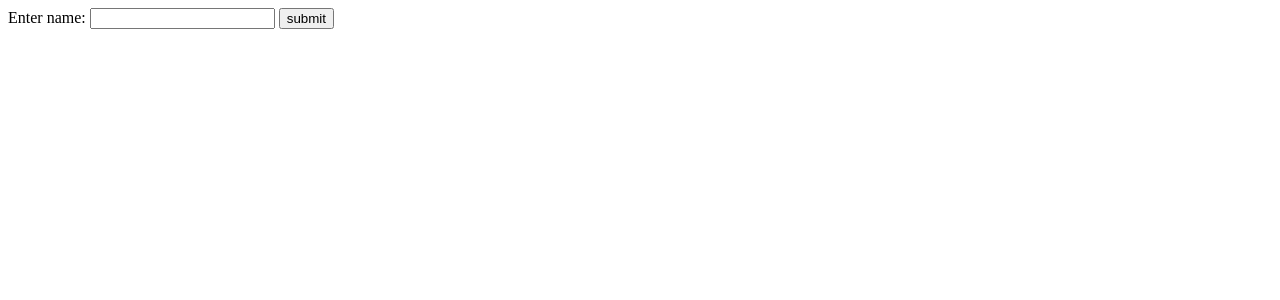
Repository: SanketSShedge/weje2
Page: servlet/src/main/webapp/studentreg.html
The author's editor kept a copy of each file at every save. The page is drawn from the files as they stood at one save, then again after a run of saves.
The browser window is 1280 px wide. The pictures show the whole page.

Above is the page before, as saved 2022-12-11 07:19:15.

After the next 2 saves:
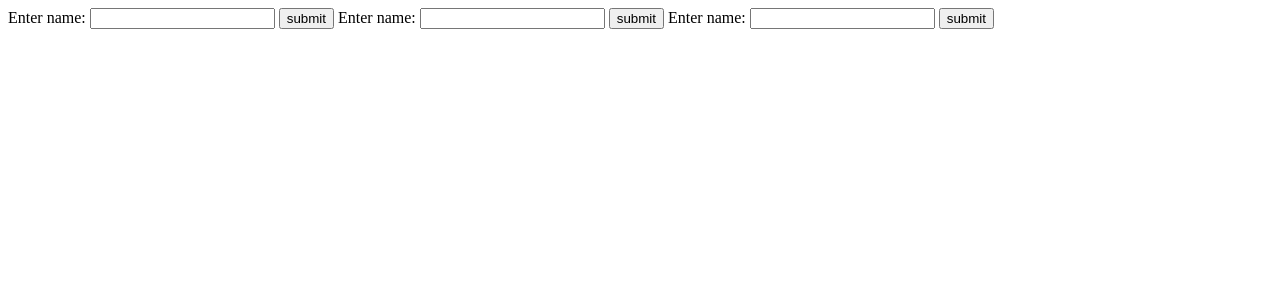
The 2 saves are shown as one change because they came seconds apart.
The last was saved 12 s later.
--- a/servlet/src/main/webapp/studentreg.html
+++ b/servlet/src/main/webapp/studentreg.html
@@ -9,6 +9,14 @@
 	<label>Enter name:</label>
 	<input type="text" name="name">
 	<input type="submit" value="submit">
+
+		<label>Enter name:</label>
+	<input type="text" name="name">
+	<input type="submit" value="submit">
+
+		<label>Enter name:</label>
+	<input type="text" name="name">
+	<input type="submit" value="submit">
 </form>
 </body>
 </html>
